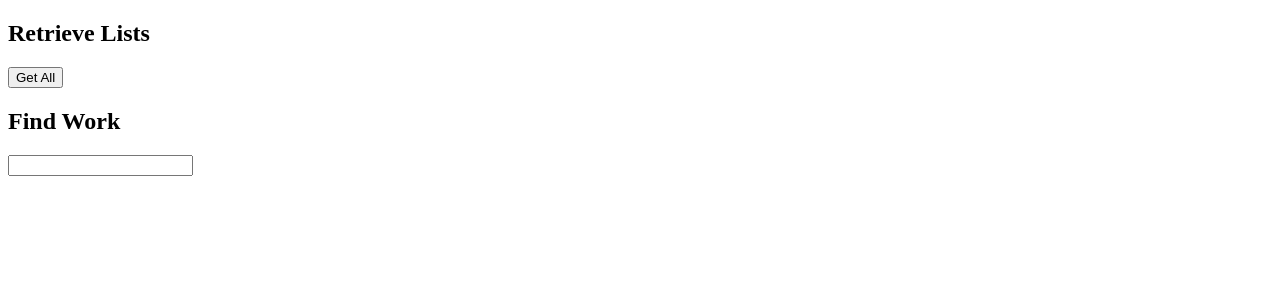
Repository: ndonnelly7/clinic-web-app
Page: http://localhost/SQLTest/jsp/review.jsp
These files come from the project's save history. The page is drawn as it stood at one moment and after the next save; the edit follows.
The browser window is 1280 px wide. The pictures show the whole page.
The page is served by Tomcat 9. Nobody is signed in. The application's start-up code is not run.

Above is the page before, as saved 2014-04-25 11:16:46.

After the next save:
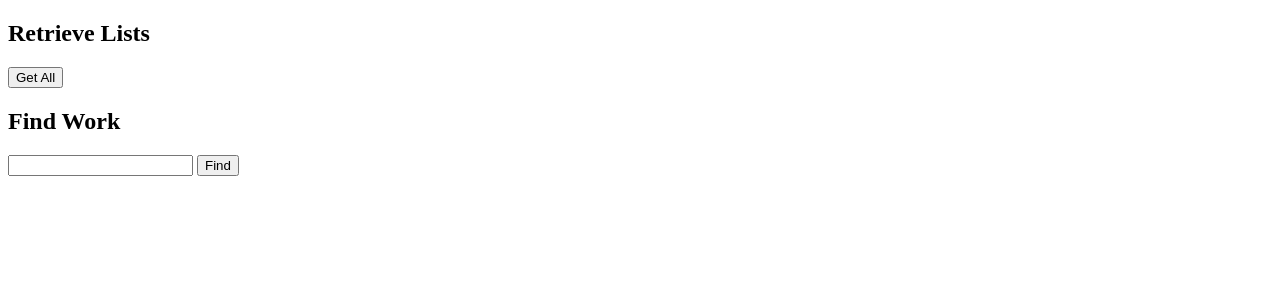
Saved 36 s later.
--- a/Web App/SQLTest/war/jsp/review.jsp
+++ b/Web App/SQLTest/war/jsp/review.jsp
@@ -11,7 +11,8 @@
 <input type="button" value="Get All" onclick="RetrieveAll()">
 <br>
 <h2>Find Work</h2>
-<input type="text" id="work_text" onclick="FindWork()">
+<input type="text" id="work_text">
+<input type="button" value="Find" onclick="FindWork()">
 <br>
 
 </body>
